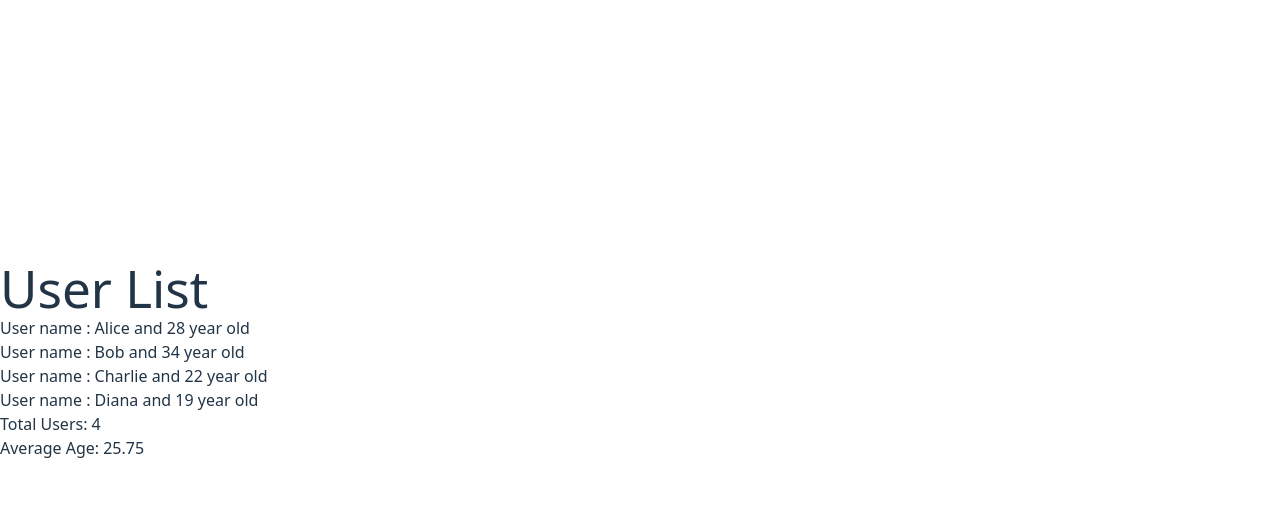
Repository: rushikesh-kolpe21/React_lectures
Page: / (app in React_bun/)
These files come from the project's save history. The page is drawn as it stood at one moment and after the next save; the edit follows.
The browser window is 1280 px wide. The pictures show the whole page.
The project was rebuilt for these pictures with package versions that can differ from the ones it lists, and the page was loaded fresh each time. Also part of the build but not shown: React_bun/vite.config.js, React_bun/src/components/EventProps.jsx, React_bun/src/components/SeriesCards.jsx, React_bun/src/components/Netflix.jsx, React_bun/src/components/Profile.jsx.

Above is the page before, as saved 2025-12-02 07:03:42.

After the next save:
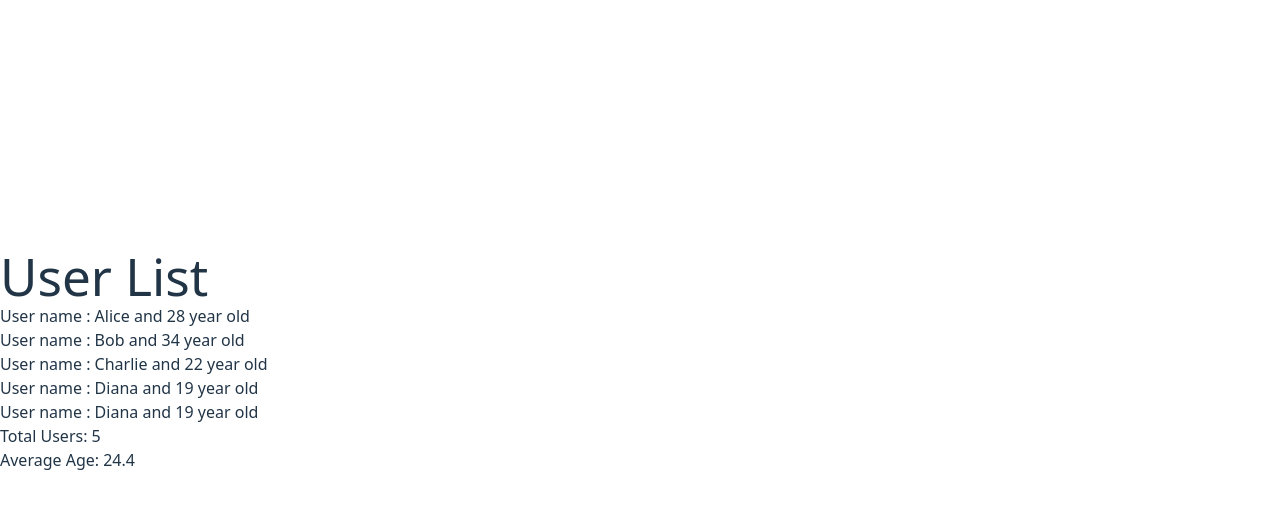
Saved 3 min 3 s later.
--- a/React_bun/src/components/DericedState.jsx
+++ b/React_bun/src/components/DericedState.jsx
@@ -9,6 +9,7 @@
     { id: 2, name: 'Bob', age: 34 },
     { id: 3, name: 'Charlie', age: 22 },
     { id: 4, name: 'Diana', age: 19 },
+      { id: 4, name: 'Diana', age: 19 },
 ]);
 // Derive state : total number of users
     const userCount = users.length;
